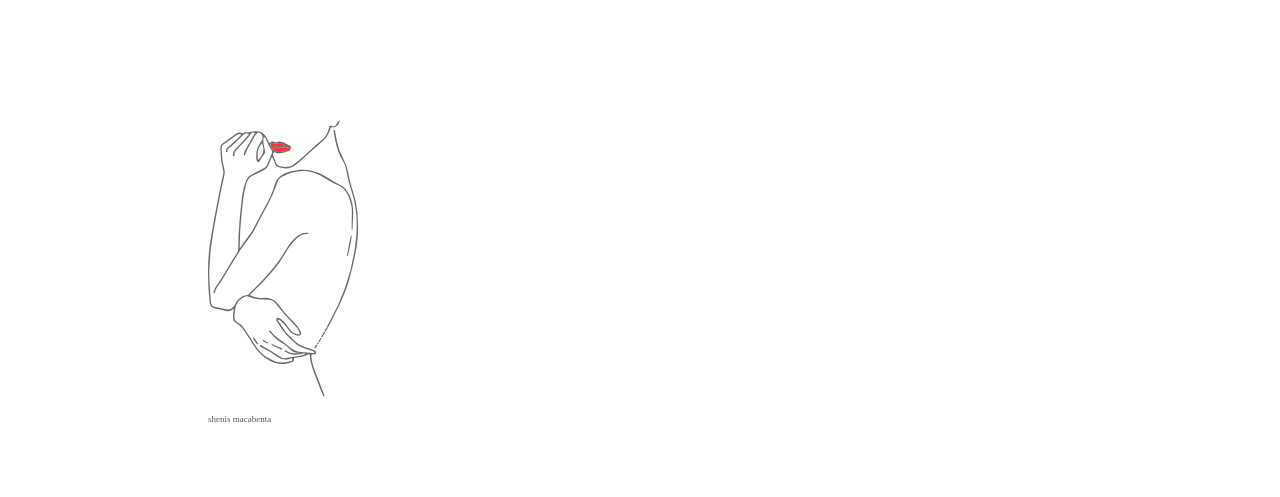
Repository: sshenis/sshenis.github.io
Page: Final/finalindex.html
The author's editor kept a copy of each file at every save. The page is drawn from the files as they stood at one save, then again after the next save.
The browser window is 1280 px wide. The pictures show the whole page.
Some web fonts or font styles are not loaded; a fallback is used.

Above is the page before, as saved 2019-05-07 17:17:14.

### Final/finalindex.html
<!DOCTYPE html>
<html lang="en">
<head>
  <meta charset="UTF-8">
  <meta name="viewport" content="width=device-width, initial-scale=1.0">
  <meta http-equiv="X-UA-Compatible" content="ie=edge">
  <link href="css/index.css" rel="stylesheet" type="text/css" />
  <link href="css/project.css" rel="stylesheet" type="text/css" />
  <title>Shenis Macabenta</title>
</head>
<body>

<div id="content">

  <div id="column-one">
    <div id="sidebar">
      <div class="sidebar-image">
        <img class="sidebar-image" src="img/extra/display.svg" />
      </div>
      <h1 class="sidebar-heading">shenis macabenta</h1>
      <div id="sidebar-text">
        <p></p>
      </div>
    </div>
  </div>

  <div id="column-two"></div>
</div>


</body>
</html>

### Final/css/index.css
@import url('https://fonts.googleapis.com/css?family=Muli');

body,
html {
  cursor: url(http://cur.cursors-4u.net/cursors/cur-9/cur817.cur), auto !important;
  scroll-behavior: smooth;
  font-family: Muli;
}

#content {
  display: flex;
}

#column-one {
  flex:1;
  padding: 100px;
  position: fixed;
  z-index: 200;
}

#column-two {
  flex: 3;
  position: absolute;
  padding-left: 35vw;
}

/*--------------SIDEBAR--------------*/
#sidebar {
  padding: 0px 100px;
}

.sidebar-image {
  width: 150px;
  height: 300px;
}

.sidebar-heading {
  font: 9px Muli;
  width: 200px;
  color: #575757;
}

.sidebar-text {
  color: #8f8e8e;
  font: 12px Muli;
  width: 175px;
  margin-top: -5px;
}

/* links */
.sidebar-whole-nav {
  display: flex;
  flex-direction: column;
}

.sidebar-links {
  flex: 2;
  font: 12px Muli;
  color: #8f8e8e;
  text-decoration: none;
  cursor: url(http://cur.cursors-4u.net/others/oth-6/oth656.cur), auto !important;
}

.sidebar-links:hover {
  color: #f12424;
  transition: 0.5s;
}

.home-button {
  cursor: url(http://cur.cursors-4u.net/others/oth-6/oth656.cur), auto !important;
}

.home-button:hover {
  color: #f12424;
  transition: 0.5s;
}


/*--------------HOME--------------*/
#home-page {
  opacity: 1;
  transition: 0.5s;
  width: 100%;
  height: 80vh;
  padding-top: 100px;
  z-index: -5;
  position: fixed;
  background-color: white;
}

#home-page>h1 {
  font-size: 80px;
  color: #b3b3b3;
}


.home-subtitle {
  flex: 3;
  font-size: 30px;
  color: #f84949;
  margin-top: -20px;
}

.home-icons {
  display: flex;
  width: 250px;
  margin-top: -20px;
  cursor: url(http://cur.cursors-4u.net/others/oth-6/oth656.cur), auto !important;
}



.connect {
  width: 20%;
  flex: 1;
  margin-left: 50px;
  cursor: url(http://cur.cursors-4u.net/others/oth-6/oth656.cur), auto !important;
}

.bottom-art {
  position: fixed;
  width:20%;
  min-width: 150px;
  height: auto;
  bottom: 0;
  right: 0;
}

/*--------------ABOUT--------------*/
#about-page {
  width: 35vw;
  transition: 0.5s;
  height: auto;
  margin-top: -85vh;
  position: absolute;
  opacity: 0;
  z-index: -10;
  overflow: hidden;
}

#about-page>h1 {
  font-size: 80px;
  color: #b3b3b3;
  line-height: 60px;
}

.about-text {
  font: 12px Muli;
  color: #8f8e8e;
}

.about-skills {
  width: 90%;
  min-width: 300px;
  margin: 70px 0px 0px;
}

/*--------------PROJECTS--------------*/

#project-page {
  opacity: 0;
  height: auto;
  transition: 0.5s;
  width: 60%;
  position: fixed;
  z-index: -15;
  margin-top: -85vh;
}

.post {
  margin-bottom: 50px;
  color: #f12424;
  cursor: url(http://cur.cursors-4u.net/others/oth-6/oth656.cur), auto !important;
}

/* title */
.post-info {
  display: flex;
}

.post-heading {
  font: 20px Muli;
  flex: 1;
  color: #575757;
}

.line {
  height: 1px;
  flex: 1.5;
  margin-top: 25px;
  background-color: #bebebe;
}

.persona-line {
  height: 2px;
}

.post-display:hover {
  opacity: 0.9;
  transition: 0.5s ease-in-out;
}

.post-text {
  font: 14px Muli;
  color: #8f8e8e;
}

.post-display {
  width: 100%;
  height: auto;
}

video {
  width: 100%;
}

.proj-ba {
  width: 250px;
  height: 400px;
  min-width: 150px;
  min-height: 200px;
}


/*--------------CONTACT--------------*/
#contact-page {
  opacity: 0;
  height: 0;
  transition: 0.5s;
  width: 100%;
  z-index: -20;
  margin-top: -85vh;
  position: fixed;
}

#contact-page>h1 {
  font-size: 80px;
  color: #b3b3b3;
  line-height: 60px;
}

#contact-page>button {
  width: 250px;
  margin-left: 25px;
  margin-bottom: 10px;
}

input {
  cursor: default;
  width: 300px;
  margin-bottom: 20px;
  height: 30px;
}

textarea {
  width: 300px;
  height: 200px;
}

#contact-age {
  width: 50px;
  padding: 0px 10px;
}

#contact-but {
  border-radius: 5px;
  font: 14px Muli;
  margin: 30px 0px 0px 0px;
}

#contact-all-but {
  border-radius: 5px;
  font: 14px Muli;
}

#contact-clear-but {
  opacity: 0;
  border-radius: 5px;
  font: 14px Muli;
  margin: 10px 0px;
}

#contact-reveal {
  margin: 30px 0px;
}

#phone {
  width: 220px;
}


/*--------------SCROLL--------------*/
.scrolltoTop {
  position: fixed;
  bottom:0;
  margin-left: 550px;
  opacity: 1;
  cursor: url(http://cur.cursors-4u.net/others/oth-6/oth656.cur), auto !important
}

#top {
  width: 100px;
  opacity: 0;
  height: auto;
  cursor: url(http://cur.cursors-4u.net/others/oth-6/oth656.cur), auto !important
}

### Final/css/project.css
#inside-project {
  width: 60%;
  position: absolute;
  margin-top: -46.65vh;
  z-index: -25;
}

.inside-post {
  opacity: 0;
  margin-bottom: 50px;
  position: absolute;
  width: 100%;
}

/* title */
.inside-post-info {
  display: flex;
}

.inside-post-heading {
  font: 20px Muli;
  flex: 1;
  color: #575757;
}

.inside-line {
  height: 1px;
  flex: 1.5;
  margin-top: 25px;
  background-color: #bebebe;
}

.animation-post-display {
  width: 100%;
  height: auto;
  margin-bottom: 50px;
}

.image-post-display img {
  width: 100%;
}

After the next save:
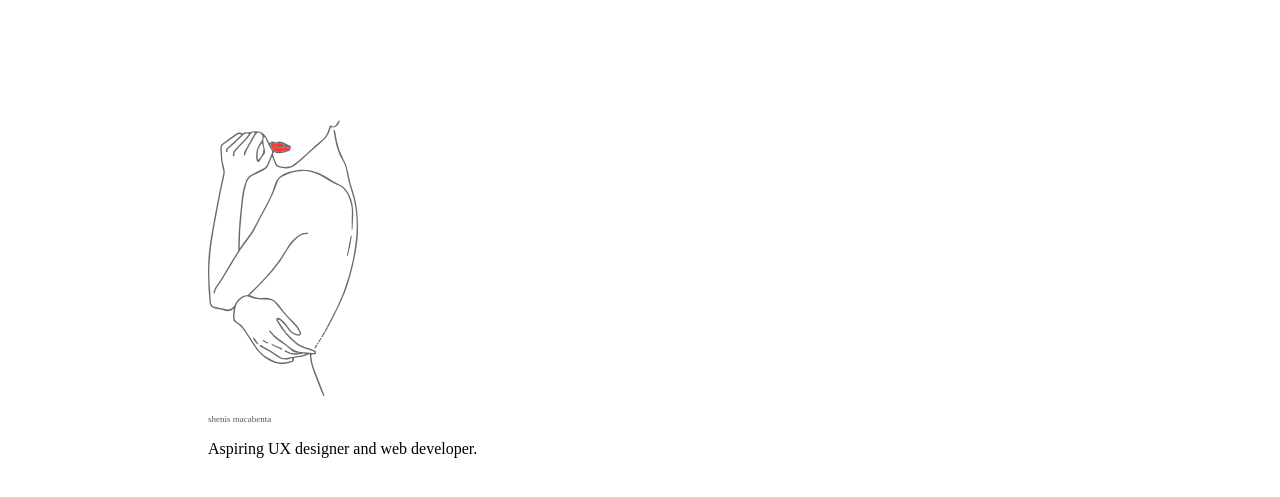
Saved 21 s later.
--- a/Final/finalindex.html
+++ b/Final/finalindex.html
@@ -19,7 +19,7 @@
       </div>
       <h1 class="sidebar-heading">shenis macabenta</h1>
       <div id="sidebar-text">
-        <p></p>
+        <p>Aspiring UX designer and web developer.</p>
       </div>
     </div>
   </div>
